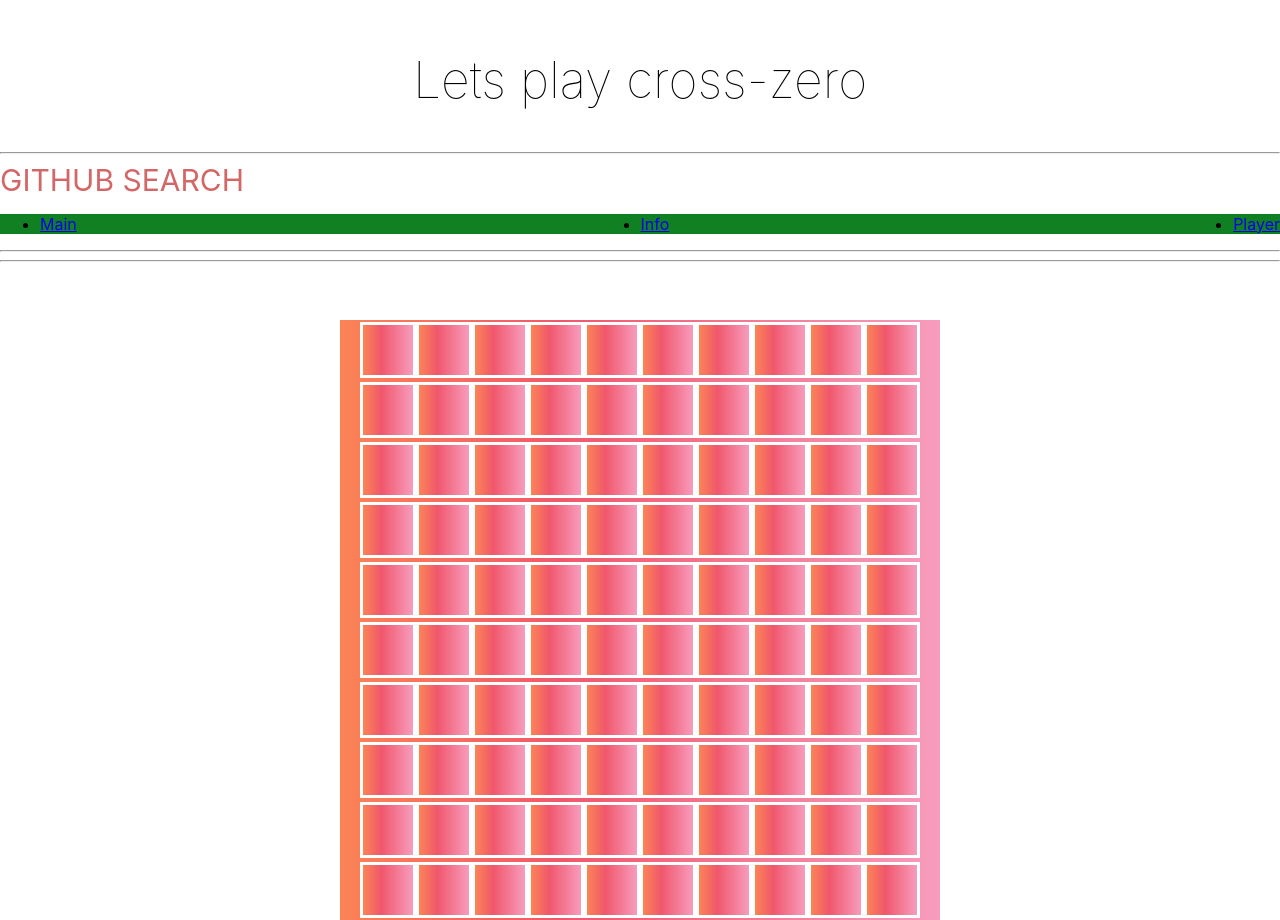
Repository: PGVlasov/cross-zero-game
Page: /
An editor plug-in stored every save of this project. The page is shown before and after the next save, followed by the edit.
The browser window is 1280 px wide. The pictures show the whole page.
The project was rebuilt for these pictures with package versions that can differ from the ones it lists, and the page was loaded fresh each time. Also part of the build but not shown: webpack.config.js.

Above is the page before, as saved 2020-12-01 13:48:37.

### src/App.js
import { BrowserRouter, Switch, Route } from "react-router-dom";
import Field1 from "./Containers/Field/Field1";
import { Header } from "./Containers/Header/Header";
import { Navbar } from "./Containers/Navbar/Navbar";

function App() {
  return (
    <div>
      <BrowserRouter>
        <Header />
        <hr />
        <Navbar />
        <hr />
        <hr />
        <Field1 />
      </BrowserRouter>
    </div>
  );
}

export default App;

### src/Containers/Field/Field1.js
import React from "react";
import classes from "./Field1.module.css";
let move = 0;

class Field1 extends React.Component {
  constructor(props) {
    super(props);
    this.myRef = React.createRef();

    this.onSetValue = this.onSetValue.bind(this);
  }

  onSetValue(event) {
    if (move % 2 === 0) {
      event.target.innerHTML = "X";
    } else {
      event.target.innerHTML = "0";
    }
    move++;

    if (event.target.innerHTML !== "") {
      alert("Поле затято");
    }
    // console.log(event);
    // console.log(event.target.innerHTML);
  }

  //   onSetZero() {}

  render() {
    return (
      <div className={classes.conteiner}>
        <div
          className={classes.area}
          ref={this.myRef}
          onClick={this.onSetValue}
        >
          <div className={classes.table}></div>
          <div className={classes.table}></div>
          <div className={classes.table}></div>
          <div className={classes.table}></div>
          <div className={classes.table}></div>
          <div className={classes.table}></div>
          <div className={classes.table}></div>
          <div className={classes.table}></div>
          <div className={classes.table}></div>
          <div className={classes.table}></div>
          <div className={classes.table}></div>
          <div className={classes.table}></div>
          <div className={classes.table}></div>
          <div className={classes.table}></div>
          <div className={classes.table}></div>
          <div className={classes.table}></div>
          <div className={classes.table}></div>
          <div className={classes.table}></div>
          <div className={classes.table}></div>
          <div className={classes.table}></div>
          <div className={classes.table}></div>
          <div className={classes.table}></div>
          <div className={classes.table}></div>
          <div className={classes.table}></div>
          <div className={classes.table}></div>
          <div className={classes.table}></div>
          <div className={classes.table}></div>
          <div className={classes.table}></div>
          <div className={classes.table}></div>
          <div className={classes.table}></div>
          <div className={classes.table}></div>
          <div className={classes.table}></div>
          <div className={classes.table}></div>
          <div className={classes.table}></div>
          <div className={classes.table}></div>
          <div className={classes.table}></div>
          <div className={classes.table}></div>
          <div className={classes.table}></div>
          <div className={classes.table}></div>
          <div className={classes.table}></div>
          <div className={classes.table}></div>
          <div className={classes.table}></div>
          <div className={classes.table}></div>
          <div className={classes.table}></div>
          <div className={classes.table}></div>
          <div className={classes.table}></div>
          <div className={classes.table}></div>
          <div className={classes.table}></div>
          <div className={classes.table}></div>
          <div className={classes.table}></div>
          <div className={classes.table}></div>
          <div className={classes.table}></div>
          <div className={classes.table}></div>
          <div className={classes.table}></div>
          <div className={classes.table}></div>
          <div className={classes.table}></div>
          <div className={classes.table}></div>
          <div className={classes.table}></div>
          <div className={classes.table}></div>
          <div className={classes.table}></div>
          <div className={classes.table}></div>
          <div className={classes.table}></div>
          <div className={classes.table}></div>
          <div className={classes.table}></div>
          <div className={classes.table}></div>
          <div className={classes.table}></div>
          <div className={classes.table}></div>
          <div className={classes.table}></div>
          <div className={classes.table}></div>
          <div className={classes.table}></div>
          <div className={classes.table}></div>
          <div className={classes.table}></div>
          <div className={classes.table}></div>
          <div className={classes.table}></div>
          <div className={classes.table}></div>
          <div className={classes.table}></div>
          <div className={classes.table}></div>
          <div className={classes.table}></div>
          <div className={classes.table}></div>
          <div className={classes.table}></div>
          <div className={classes.table}></div>
          <div className={classes.table}></div>
          <div className={classes.table}></div>
          <div className={classes.table}></div>
          <div className={classes.table}></div>
          <div className={classes.table}></div>
          <div className={classes.table}></div>
          <div className={classes.table}></div>
          <div className={classes.table}></div>
          <div className={classes.table}></div>
          <div className={classes.table}></div>
          <div className={classes.table}></div>
          <div className={classes.table}></div>
          <div className={classes.table}></div>
          <div className={classes.table}></div>
          <div className={classes.table}></div>
          <div className={classes.table}></div>
          <div className={classes.table}></div>
          <div className={classes.table}></div>
          <div className={classes.table}></div>
        </div>
      </div>
    );
  }
}

export default Field1;

### src/Containers/Header/Header.js
import classes from "./Header.module.css";
import React from "react";

export const Header = () => {
  return (
    <div>
      <h2 className={classes.Header}>Lets play cross-zero</h2>
    </div>
  );
};

### src/Containers/Navbar/Navbar.js
import React from "react";
import { NavLink } from "react-router-dom";
import classes from "./navbar.module.css";

export const Navbar = () => (
  <nav className="navbar">
    <div className={classes.navbarHeader}>GITHUB SEARCH</div>
    <ul className={classes.navbar}>
      <li className="nav-item">
        <NavLink exact to="/" className="nav-link">
          Main
        </NavLink>
      </li>
      <li className="nav-item">
        <NavLink to="/about" className="nav-link">
          Info
        </NavLink>
      </li>
      <li className="nav-item">
        <NavLink to="/about" className="nav-link">
          Player
        </NavLink>
      </li>
    </ul>
  </nav>
);

### src/Containers/Field/Field1.module.css
.area {
  width: 600px;
  height: 600px;
  max-width: 600 px;
  display: flex;
  justify-content: center;
  margin-top: 50px;
  font-size: 500;
  background: linear-gradient(90deg, #fb8355 0%, #f0576c 37%, #f79cbd 100%);
  align-items: center;
  flex-wrap: wrap;
}

.table {
  display: flex;
  width: 50px;
  height: 50px;
  font-size: 500;
  border: white 3px solid;
  background: linear-gradient(90deg, #fb8355 0%, #f0576c 37%, #f79cbd 100%);
  font-size: 45px;
  color: whitesmoke;
  justify-content: center;
  align-items: center;
}

.conteiner {
  display: flex;
  justify-content: center;
}

.btn {
  font-size: 40px;
  color: whitesmoke;
}

### src/Containers/Header/Header.module.css
.Header {
  display: flex;
  justify-content: center;
  margin-top: 50px;
  font-size: 50px;
  font-weight: 100;
}

### src/Containers/Navbar/navbar.module.css
.navbar {
  display: flex;
  justify-content: space-between;
  background: rgb(16, 128, 34);
}

.navbarHeader {
  font-size: 30px;
  color: rgb(211, 102, 102);
}

Loaded but not shown: public/index.html (common file); src/index.js (common file); src/index.css (common file); src/reportWebVitals.js (common file)

After the next save:
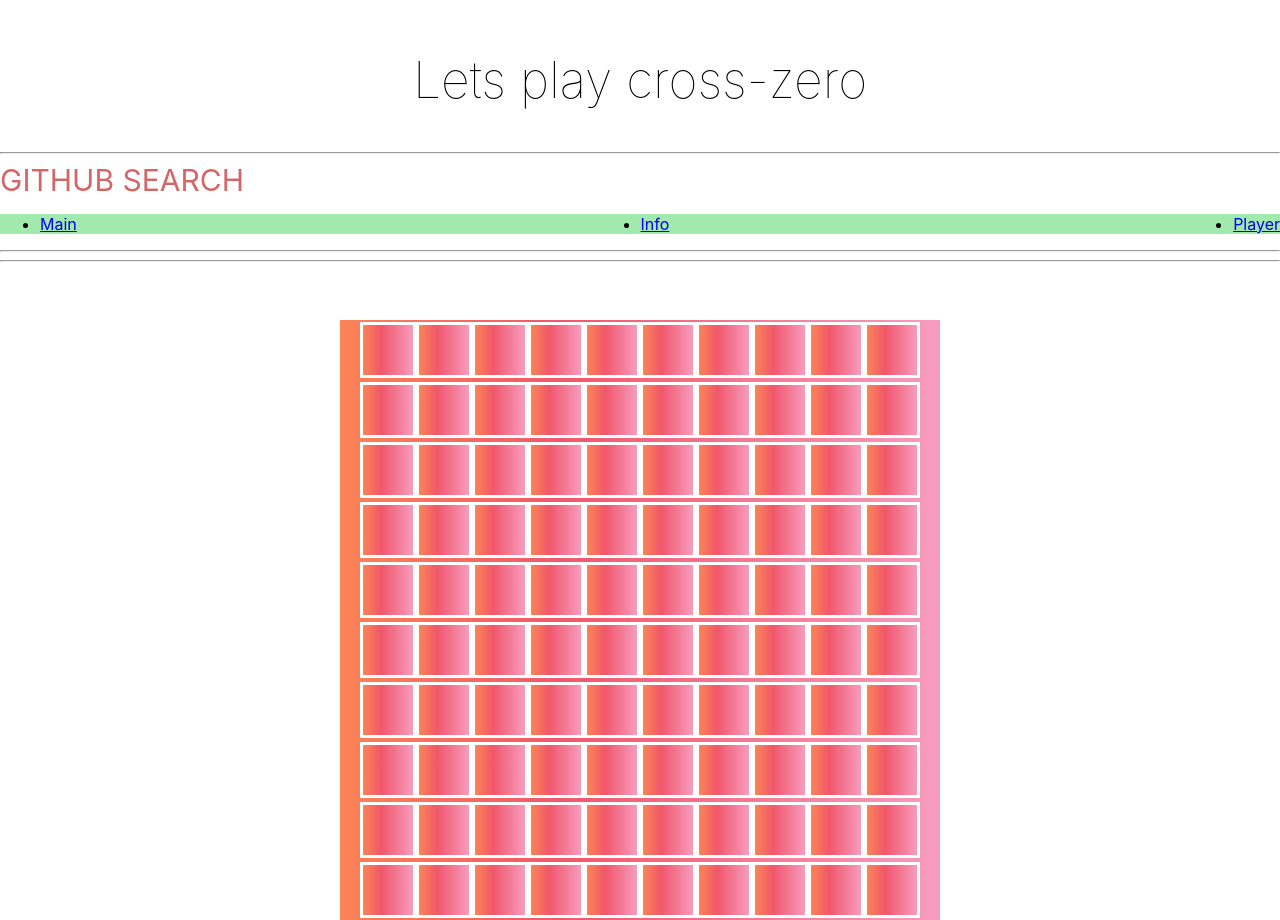
Saved 13 s later.
--- a/src/Containers/Navbar/navbar.module.css
+++ b/src/Containers/Navbar/navbar.module.css
@@ -1,7 +1,7 @@
 .navbar {
   display: flex;
   justify-content: space-between;
-  background: rgb(16, 128, 34);
+  background: rgb(162, 233, 173);
 }
 
 .navbarHeader {
